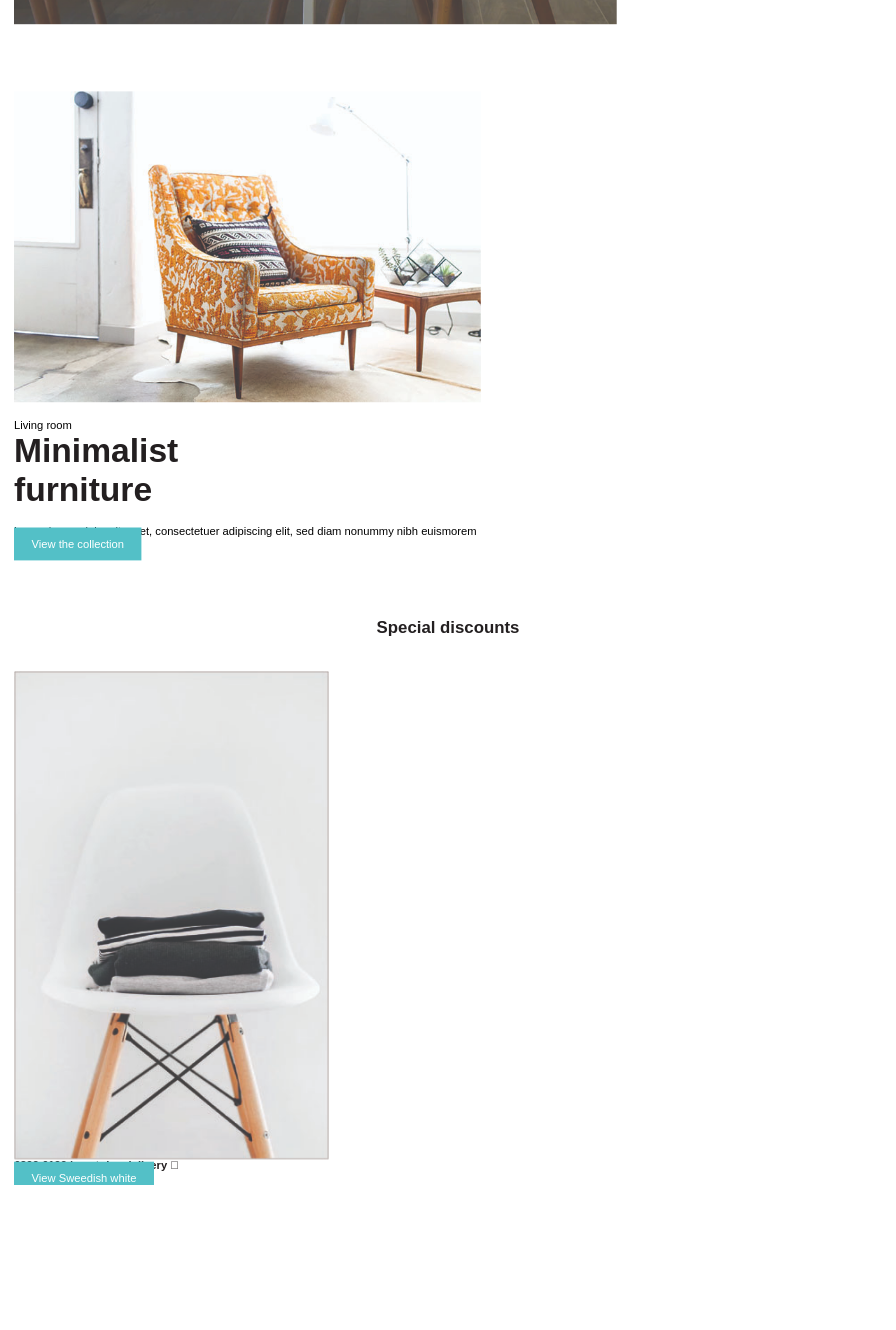
Repository: dinhhaidh/republic-web
Page: index.html
These files come from the project's save history. The page is drawn as it stood at one moment and after a run of saves; the edit follows.
The browser window is 1280 px wide. The pictures show the part of the page from y = 1152 to 3072 px (the page is 3052 px tall before and 3072 px after), at 70% of full size.
Some web fonts or font styles are not loaded; a fallback is used. Some web libraries are served in a nearby version.

Above is the page before, as saved 2024-01-24 18:08:01.

### index.html
<!DOCTYPE html>
<html lang="en">
<head>
    <meta charset="UTF-8">
    <meta name="viewport" content="width=device-width, initial-scale=1.0">

    <!--=============== FAVICON ===============-->
    <link rel="shortcut icon" href="assets/img/favicon.png" type="image/x-icon">

    <!--=============== REMIXICONS ===============-->
    <link rel="stylesheet" href="https://cdn.jsdelivr.net/npm/remixicon@4.1.0/fonts/remixicon.min.css">

    <link
    rel="stylesheet"
    href="https://cdn.jsdelivr.net/npm/swiper@11/swiper-bundle.min.css"
  />

    <!--=============== CSS ===============-->
    <link rel="stylesheet" href="style.css">

    <title>Responsive </title>
</head>
<body>
    <!--==================== HEADER ====================-->
    <header class="header" id="header">
        <nav class="nav container">
            <a href="#" class="nav__logo">
                <img src="./img/logo.jpg" alt="image" class="nav__img">
            </a>
            <div class="nav__menu" id="nav-menu">
                <ul class="nav__list">
                    <li class="nav__item">
                        <a href="#home" class="nav__link">Home</a>
                    </li>
                    <li class="nav__item">
                        <a href="#bedroom" class="nav__link">Bedroom</a>
                    </li>
                    <li class="nav__item">
                        <a href="#lounge" class="nav__link">Lounge</a>
                    </li>
                    <li class="nav__item">
                        <a href="#kitchen" class="nav__link">Kitchen</a>
                    </li>
                    <li class="nav__item">
                        <a href="#lighting" class="nav__link">Lighting</a>
                    </li>
                </ul>
                <div class="nav__close" id="nav-close">
                    <i class="ri-close-line"></i>
                </div>
            </div>

            <form action="" class="nav__button">
                <div class="button">
                    <input type="text" placeholder="Find something..." class="form-control">
                    <i class="ri-search-line button__search"></i>
                </div>
                <div class="shopping">
                    <i class="ri-shopping-cart-line "></i>
                    <span class="shopping__quantity">0</span>
                </div>
            </form>
            <!-- toggle -->
            <div class="nav__toggle" id="nav-toggle">
                <i class="ri-menu-line"></i>
            </div>
        </nav>
    </header>

    <!--==================== MAIN ====================-->
    <main class="main">
        <!--==================== Home  ====================-->
        <section class="home section" id="home">
            <div class="home__container container">
                <div class="home__contennt">
                    <h1 class="home__title">Premium <br> collection</h1>
                    <p class="home__desc">
                        Lorem ipsum dolor sit amet, consectetuer adipiscing elit, sed diam nonummy nibh euismorem ipsum dolor sit amet, consectetuer adipiscing elit
                    </p>
                    <h4>£2,300</h4>
                    <a href="#" class="button__link">View the collection</a>
                </div>
                <div class="home__images">
                    <img src="./img/hom1.jpg" alt="" class="home__image">
                    <div class="home__span">
                        <span><a href="">Lorem ipsum dolor sit amet</a>    £2,300</span>
                        <span><a href="#"> Consectetuer adsed diam</a>    £2,300</span>
                    </div>
                </div>
            </div>
        </section>

        <!--==================== Bedroom ====================-->
        <section class="bedroom section" id="bedroom">
            <div class="bedroom__container container grid">
                <div class="bedroom__images">
                    <img src="./img/funitire1.jpg" alt="" class="bedroom__image">
                </div>
                <div class="bedroom__contennt">
                    <span>Living room</span>
                    <div class="bedroom-brick"></div>
                    <h2 class="home__title">Minimalist <br>
                        furniture</h2>
                    <p class="bedroom__desc">
                        Lorem ipsum dolor sit amet, consectetuer adipiscing elit, sed diam nonummy nibh euismorem
                    </p>
                    <a href="#" class="button__link">View the collection</a>
                </div>

            </div>
        </section>

        <!--==================== Lounge  ====================-->
        <section class="lounge  section" id="lounge ">
            <h2 class="lounge-title">Special discounts</h2>
            <div class="lounge__container container swiper">
                <div class="swiper-wrapper">
                    <article class=" lounge__card swiper-slide">
                        <img src="./img/special1.jpg" alt="" class="lounge__img">
                        <h4><span>£299</span> £199  |  next day delivery  </h4>
                        <a href="#" class="button__link lounge__button">View Sweedish white</a>
                    </article>
                    <article class=" lounge__card swiper-slide">
                        <img src="./img/special2.jpg" alt="" class="lounge__img">
                        <h4><span>£299</span> £199  |  next day delivery  </h4>
                        <a href="#" class="button__link lounge__button">View Sweedish white</a>
                    </article>
                    <article class=" lounge__card swiper-slide">
                        <img src="./img/special3.jpg" alt="" class="lounge__img">
                        <h4><span>£299</span> £199  |  next day delivery  </h4>
                        <a href="#" class="button__link lounge__button">View Sweedish white</a>
                    </article>
                    <article class=" lounge__card swiper-slide">
                        <img src="./img/special4.jpg" alt="" class="lounge__img">
                        <h4><span>£299</span> £199  |  next day delivery  </h4>
                        <a href="#" class="button__link lounge__button">View Sweedish white</a>
                    </article>
                </div>
            </div>
        </section>

        <!--==================== Kitchen ====================-->
        <section class="kitchen  section" id="kitchen">

        </section>

        <!--==================== Lighting ====================-->
        <section class="lighting  section" id="lighting">

        </section>
    </main>

    <!--==================== FOOTER ====================-->
    <footer class="footer">

    </footer>

    <!--========== SCROLL UP ==========-->

    <script src="https://cdn.jsdelivr.net/npm/swiper@11/swiper-bundle.min.js"></script>


    <!--=============== SCROLLREVEAL ===============-->
    <script src=""></script>

    <!--=============== JQuery ===============-->
    <script src="https://code.jquery.com/jquery-3.7.1.slim.min.js" integrity="sha256-kmHvs0B+OpCW5GVHUNjv9rOmY0IvSIRcf7zGUDTDQM8=" crossorigin="anonymous"></script>

    <!--=============== MAIN JS ===============-->
    <script src="/js/main.js"></script>
</body>
</html>

### style.css
/*=============== GOOGLE FONTS ===============*/
@import url("https://fonts.cdnfonts.com/css/source-sans-pro");

/*=============== VARIABLES CSS ===============*/
:root {
  --header-height: 3.5rem;

  /*========== Colors ==========*/
  /*Color mode HSL(hue, saturation, lightness)*/
  --first-color: hsl(28, 88%, 62%);
  --first-color-alt: hsl(28, 84%, 58%);
  --title-color: hsl(0, 0%, 95%);
  --text-color: hsl(0, 0%, 75%);
  --text-color-light: hsl(0, 0%, 65%);
  --black-color: #231f20;
  --body-color: hsl(0, 0%, 6%);
  --container-color: hsl(0, 0%, 10%);

  /*========== Font and typography ==========*/
  /*.5rem = 8px | 1rem = 16px ...*/
  --body-font: "Montserrat", sans-serif;
  --second-font: "Dancing Script", cursive;
  --biggest-font-size: 2.5rem;
  --bigger-font-size: 2rem;
  --h1-font-size: 1.5rem;
  --h2-font-size: 1.25rem;
  --h3-font-size: 1rem;
  --normal-font-size: .938rem;
  --small-font-size: .813rem;

  /*========== Font weight ==========*/
  --font-regular: 400;
  --font-semi-bold: 600;
  --font-bold: 700;

  /*========== z index ==========*/
  --z-tooltip: 10;
  --z-fixed: 100;
}

/*========== Responsive typography ==========*/
@media screen and (min-width: 1150px) {
  :root {
    --biggest-font-size: 4.375rem;
    --bigger-font-size: 3rem;
    --h1-font-size: 2.25rem;
    --h2-font-size: 1.5rem;
    --h3-font-size: 1.25rem;
    --normal-font-size: 1rem;
    --small-font-size: .875rem;
  }
}

/*=============== BASE ===============*/
* {
  box-sizing: border-box;
  padding: 0;
  margin: 0;
}

html {
  scroll-behavior: smooth;
}

body,
button {
  font-family: var(--body-font);
  font-size: var(--normal-font-size);
}

body {
  /* color: var(--text-color); */
}

button {
  border: none;
  outline: none;
}

h1, h2, h3, h4 {
  color: var(--black-color);
  font-weight: var(--font-bold);
}

ul {
  list-style: none;
}

a {
  text-decoration: none;
}

img {
  display: block;
  max-width: 100%;
  height: auto;
}

/*=============== REUSABLE CSS CLASSES ===============*/
.container {
  max-width: 1240px;
  margin-inline: 1.5rem;
}

.grid {
  display: grid;
  gap: 1.5rem;
}

.section {
  padding-block: 5rem 1rem;
}

.section__title {
  font-size: var(--bigger-font-size);
  font-family: var(--second-font);
  margin-bottom: 1.5rem;
  text-align: center;
}

.main {
  overflow: hidden; /* For animation ScrollReveal */
}

/*=============== HEADER & NAV ===============*/
.header{
  position: fixed;
  width: 100%;
  top: 0;
  left: 0;
  background-color: transparent;
  z-index: var(--z-fixed);
  transition: .4s;
}
.nav{
  position: relative;
  height: var(--header-height);
  display: flex;
  align-items: center;
  justify-content: space-between;
}
.nav__img{
  width: 100px;
  transition: .4s;
}
.nav__toggle,
.nav__close{
  cursor: pointer;
  font-size: 1.5rem;
  color: black;
}
.form-control{
  padding: 13px 40px 13px 20px;
  border-radius: 25px
}
.nav__button{
  display:flex;
  align-items: center;
  justify-content: center;
  column-gap: 1.625rem;
}
.nav__link{
  color: var(--black-color);
  font-weight: var(--font-regular);
  font-family: 'Source Sans Pro', sans-serif;
}
.button{
  display: flex;
  position: relative;
}
.button input::placeholder{
  color: var(--black-color);
}
.button__search{
  position: absolute;
  top: 0.9rem;
  right: 1rem;
}
.shopping i{
  font-size: 1.25rem;
  position: relative;
}
.shopping__quantity{
  background-color: red;
    padding: 1px 3px;
    color: #fff;
    position: absolute;
    top: 1.8rem;
    right: 0.05rem;
    border-radius: 50%;
    font-size: .7rem;
}



/* Navigation for mobile devices */
@media screen and (max-width: 1023.98px) {
  .nav__menu {
    position: fixed;
    top: 0;
    right: -100%;
    background-color: #fff;
    backdrop-filter: blur(16px);
    -webkit-backdrop-filter: blur(16px);
    width: 80%;
    height: 100%;
    padding: 6rem 3rem 0px;
    transition: right .4s;
  }
  .nav__list{
    display: flex;
    flex-direction: column;
    row-gap: 2.5rem;
  }
  .nav__link{
    color: var(--black-color);
    font-weight: var(--font-semi-bold);
    transition: color .4s;
  }
  /* .nav__link:hover{

  } */
  .nav__close{
    position: absolute;
    top: 1rem;
    right: 1.5rem;
  }
  .nav__button{
    display: none;
  }
}


/* Show menu */
.show-menu{
  right: 0;
}

/* Add blur header */
.scroll-header {
  background-color: #fff;
  box-shadow: 0 1px 4px hsla(220, 4%, 15%, .1);
}

/* Active link */


/*=============== Home ===============*/
.home{
  padding-top: 5rem;
}
.home__container{
  display: flex;
  flex-direction: column;
  row-gap: 3rem;
}
.home__title{
  font-size: var(--bigger-font-size);
  margin-bottom: 1.5rem;
}
.home__desc{
  font-weight: var(--font-regular);
  color: var(--black-color);
  line-height: 1.5;
  margin-bottom: var(--h2-font-size);
}
.home h4{
  font-size: var(--h1-font-size);
  margin-bottom: var(--bigger-font-size);
}
.button__link{
  background-color: #53c0c7;
  padding: 15px 25px;
  color: #fff;
  font-weight: 400;
}
.home__span span:nth-child(1){
  position: absolute;
  right: 1rem;
  top: 1rem;
  color: #fff;
}
.home__span span:nth-child(2){
  right: 1rem;
  position: absolute;
  top: 2rem;
  color: #fff;
}
.home__span span a{
  color: #fff;
}
.home__images{
  position: relative;
}
.home__image{

}

/*=============== BUTTON ===============*/


/*=============== Bedroom ===============*/


/*=============== Lounge  ===============*/
.lounge{

}


.lounge-title{
  display:flex;
  align-items: center;
  justify-content: center;
}
.lounge__container{
  margin-top: var(--bigger-font-size);
}

.lounge__swiper{

}

.swiper-wrapper{

}
.lounge__data{

}
.swiper-slide{

}
.lounge__img{
  width: 450px;
}

.button__link{

}
.lounge__button{

}

/*=============== Kitchen  ===============*/

/*=============== Lighting  ===============*/



/*=============== FOOTER ===============*/


/*=============== SCROLL BAR ===============*/


/*=============== SCROLL UP ===============*/


/* Show Scroll Up */


/*=============== BREAKPOINTS ===============*/
/* For small devices */
@media screen and (min-width: 1024px){
  .nav{
    height: calc(var(--header-height) + 2rem)
  }
  .nav__toggle,
  .nav__close{
    display: none;
  }
  .nav__list{
    display: flex;
    flex-wrap: nowrap;
    column-gap: 4rem;
  }
}
@media screen and (min-width: 1150px) {
  .container{
    margin-inline: auto;
  }


}

/* For medium devices */


/* For large devices */

### js/main.js
$(document).ready(function () {
  $("#nav-toggle").click(function () {
    $("#nav-menu").addClass("show-menu");
  });
  $("#nav-close").click(function () {
    $("#nav-menu").removeClass("show-menu");
  });
  $(window).scroll(function () {
    $("#header").toggleClass("scroll-header", $(this).scrollTop() >= 50);
  });
});
/*=============== SWIPER PRODUCTS ===============*/
var swiperLounge = new Swiper(".lounge__container", {
  // luot lien tuc
    spaceBetween: 32,
    grabCursor: true,
    centeredSlides: true,
    slidesPerView: "auto",
    loop: true,
    ////
    navigator: {
    nextEl: ".swiper-button-next",
    prevEl: ".swiper-button-prev",
    },

  // lích thước resposive
    breakpoints: {
        1240: {
        spaceBetween: 3,
    },
    },

  //
});

// var swiper = new Swiper(".lounge__swiper", {
//   slidesPerView: 3,
//   spaceBetween: 30,
//   freeMode: true,
//   pagination: {
//     el: ".swiper-pagination",
//     clickable: true,
//   },
// });

After the next 6 saves:
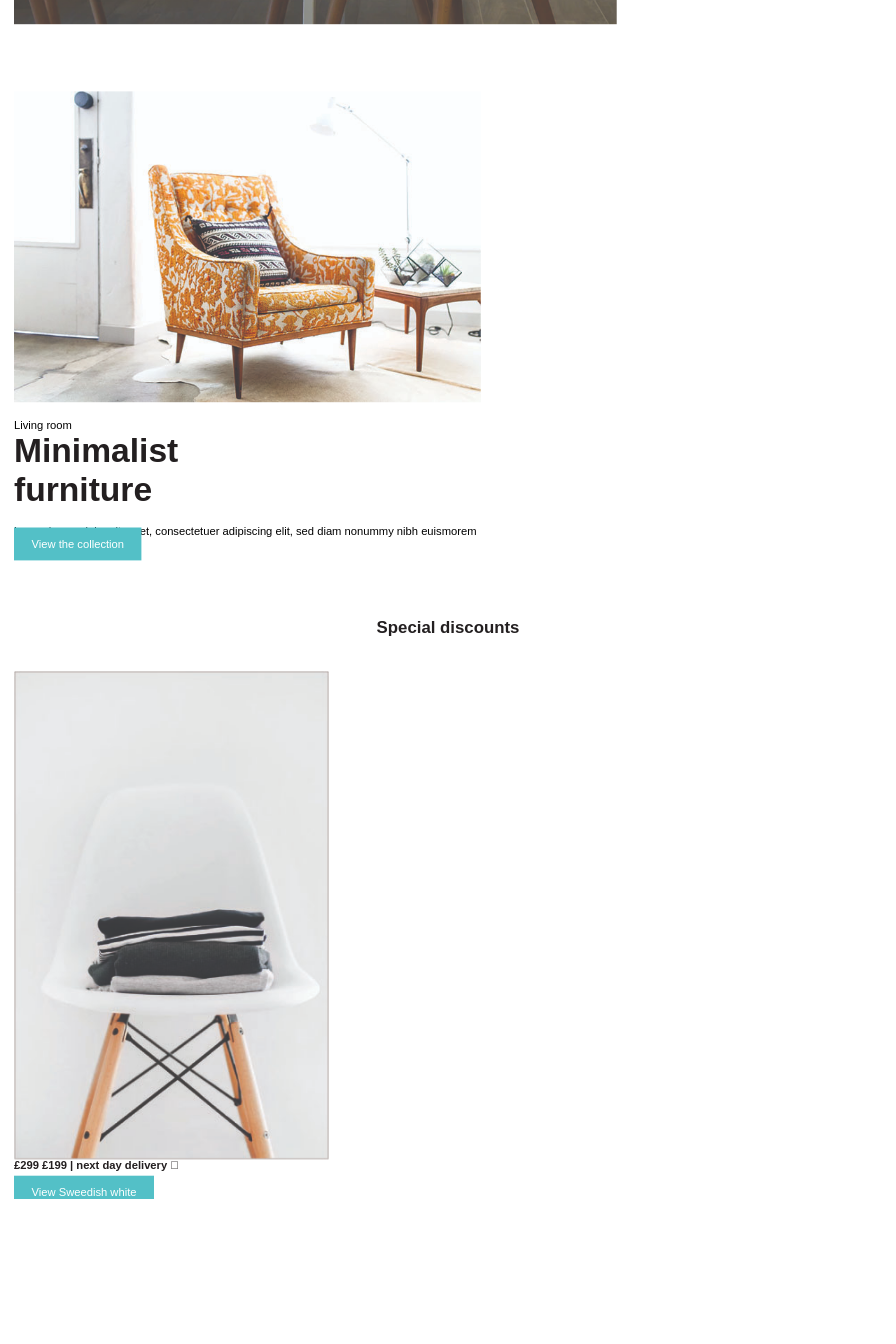
The 6 saves are shown as one change because they came seconds apart.
The last was saved 16 s later.
--- a/style.css
+++ b/style.css
@@ -333,7 +333,9 @@ img {
 .lounge__img{
   width: 450px;
 }
-
+.lounge h4{
+  margin-bottom: var(--h3-font-size);
+}
 .button__link{
 
 }
